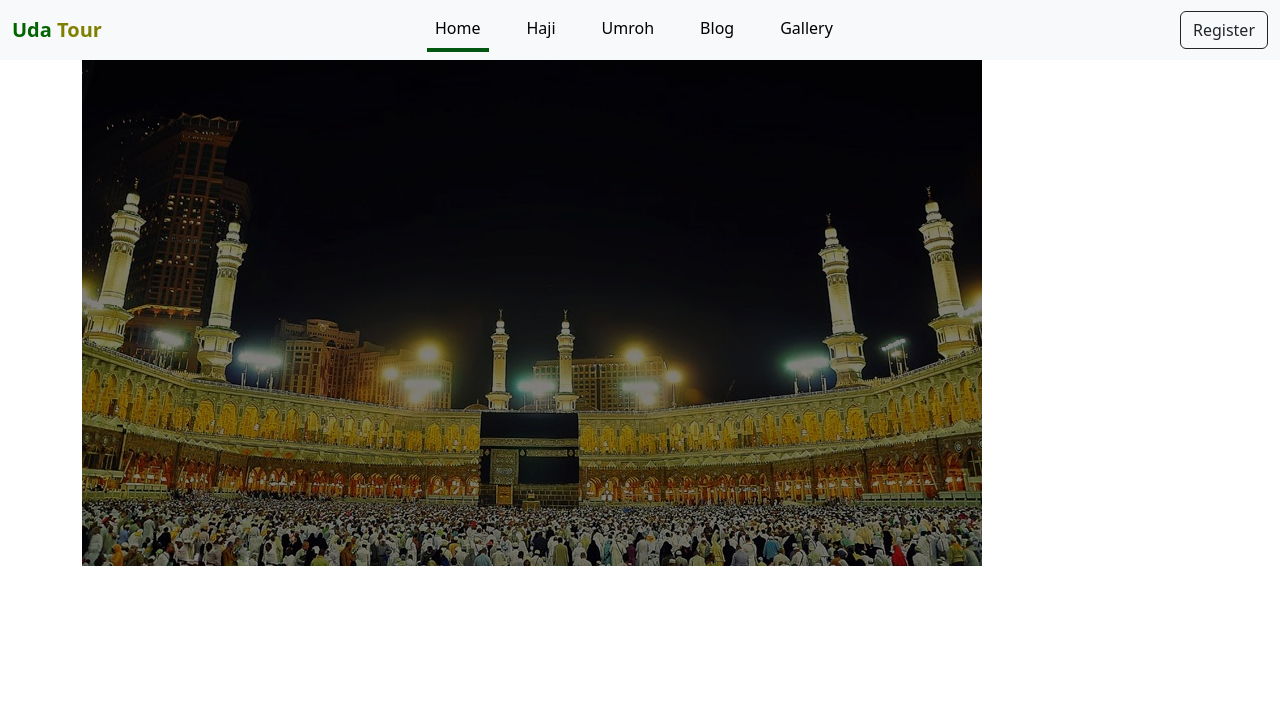
Repository: Putrabobi/Task7
Page: index.html
These files come from the project's save history. The page is drawn as it stood at one moment and after a run of saves; the edit follows.
The browser window is 1280 px wide. The pictures show the whole page.

Above is the page before, as saved 2024-03-25 10:19:49.

### index.html
<!DOCTYPE html>
<html lang="en">

<head>
    <meta charset="UTF-8">
    <meta name="viewport" content="width=device-width, initial-scale=1.0">
    <title>Haji & Umroh</title>
    <link href="https://cdn.jsdelivr.net/npm/bootstrap@5.3.3/dist/css/bootstrap.min.css" rel="stylesheet"
        integrity="sha384-QWTKZyjpPEjISv5WaRU9OFeRpok6YctnYmDr5pNlyT2bRjXh0JMhjY6hW+ALEwIH" crossorigin="anonymous">
</head>

<body>
    <nav class="navbar navbar-expand-lg  bg-body-tertiary">
        <div class="container-fluid">
            <a class="navbar-brand" href="#">
                <span style="color: darkgreen;" class="fw-bold">Uda</span>
                <span style="color: olive;" class="fw-bold">Tour</span>
            </a>

            <button class="navbar-toggler" type="button" data-bs-toggle="collapse"
                data-bs-target="#navbarSupportedContent" aria-controls="navbarSupportedContent" aria-expanded="false"
                aria-label="Toggle navigation">
                <span class="navbar-toggler-icon"></span>
            </button>
            <div class="collapse navbar-collapse" id="navbarSupportedContent">
                <ul class="navbar-nav me-auto mb-2 mb-lg-0 mx-auto">
                    <li class="nav-item" style="margin-right: 30px;">
                        <a class="nav-link active" aria-current="page" href="#" style="border-bottom: 4px solid #00570f; color: #000000;">Home</a>
                    </li>
                    <li class="nav-item" style="margin-right: 30px;">
                        <a class="nav-link" href="#" style="color: #000;">Haji</a>
                    </li>
                    <li class="nav-item" style="margin-right: 30px;">
                        <a class="nav-link disabled" style="color: #000;">Umroh</a>
                    </li>
                    <li class="nav-item" style="margin-right: 30px;">
                        <a class="nav-link disabled" style="color: #000;">Blog</a>
                    </li>
                    <li class="nav-item" style="margin-right: 30px;">
                        <a class="nav-link disabled" style="color: #000;">Gallery</a>
                    </li>
                </ul>
                    <button class="btn btn-outline-dark" type="submit">Register</button>
            </div>

        </div>
    </nav>

    <div class="container">
        <img src="images/mekkah.jpg" style="filter: brightness(50%);" alt="Mekkah">

    </div>

</body>

</html>

After the next 2 saves:
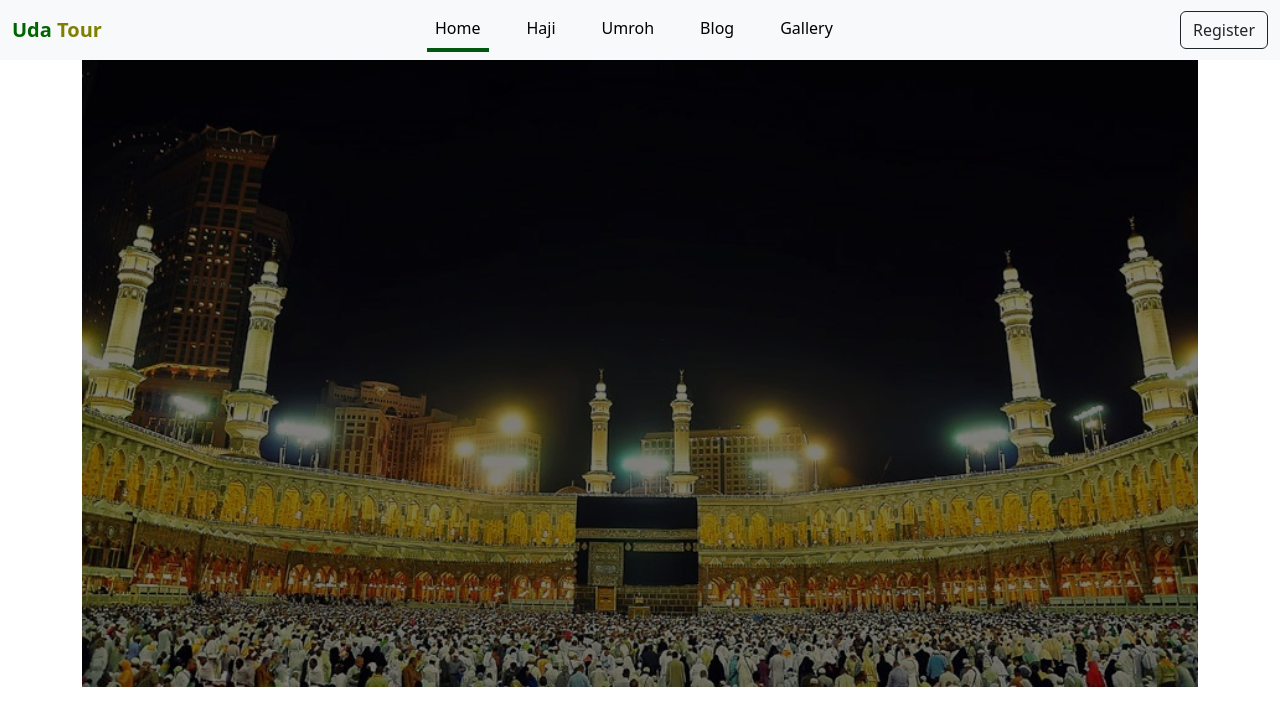
The 2 saves are shown as one change because they came seconds apart.
The last was saved 8 s later.
--- a/index.html
+++ b/index.html
@@ -47,7 +47,7 @@
     </nav>
 
     <div class="container">
-        <img src="images/mekkah.jpg" style="filter: brightness(50%);" alt="Mekkah">
+        <img src="images/mekkah.jpg" style="filter: brightness(50%);" alt="Mekkah" width="100%">
 
     </div>
 
